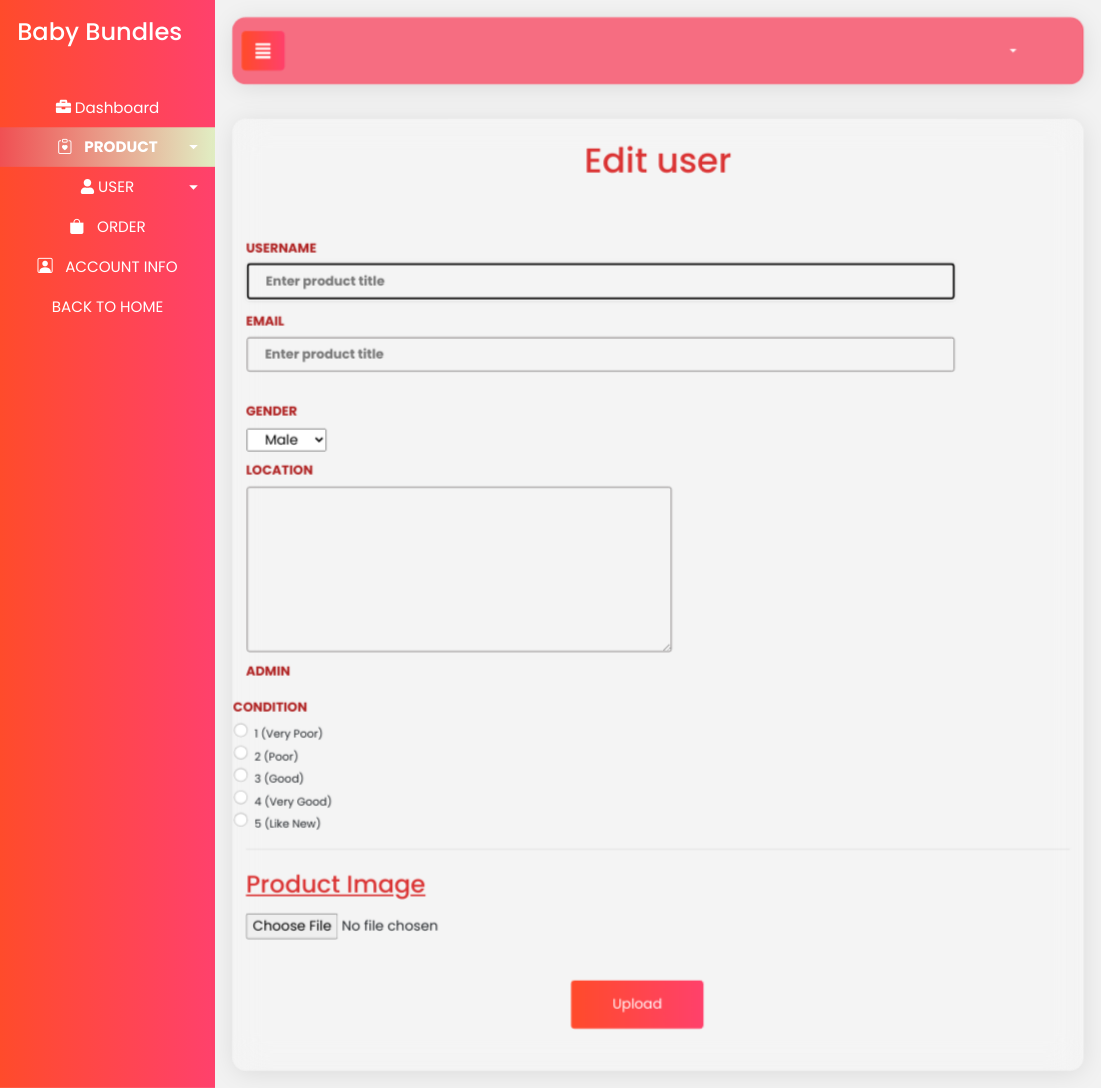
Repository: jiahow99/Baby-Bundles-University
Page: http://localhost/admin-edituser.php
These files come from the project's save history. The page is drawn as it stood at one moment and after the next save; the edit follows.
The browser window is 1280 px wide. The pictures show the whole page, at 86% of full size.
Some web libraries are served in a nearby version. The page is run by PHP 8.4 with error messages shown; the project is at /var/www/html/.

Above is the page before, as saved 2022-11-25 01:03:49.

After the next save:
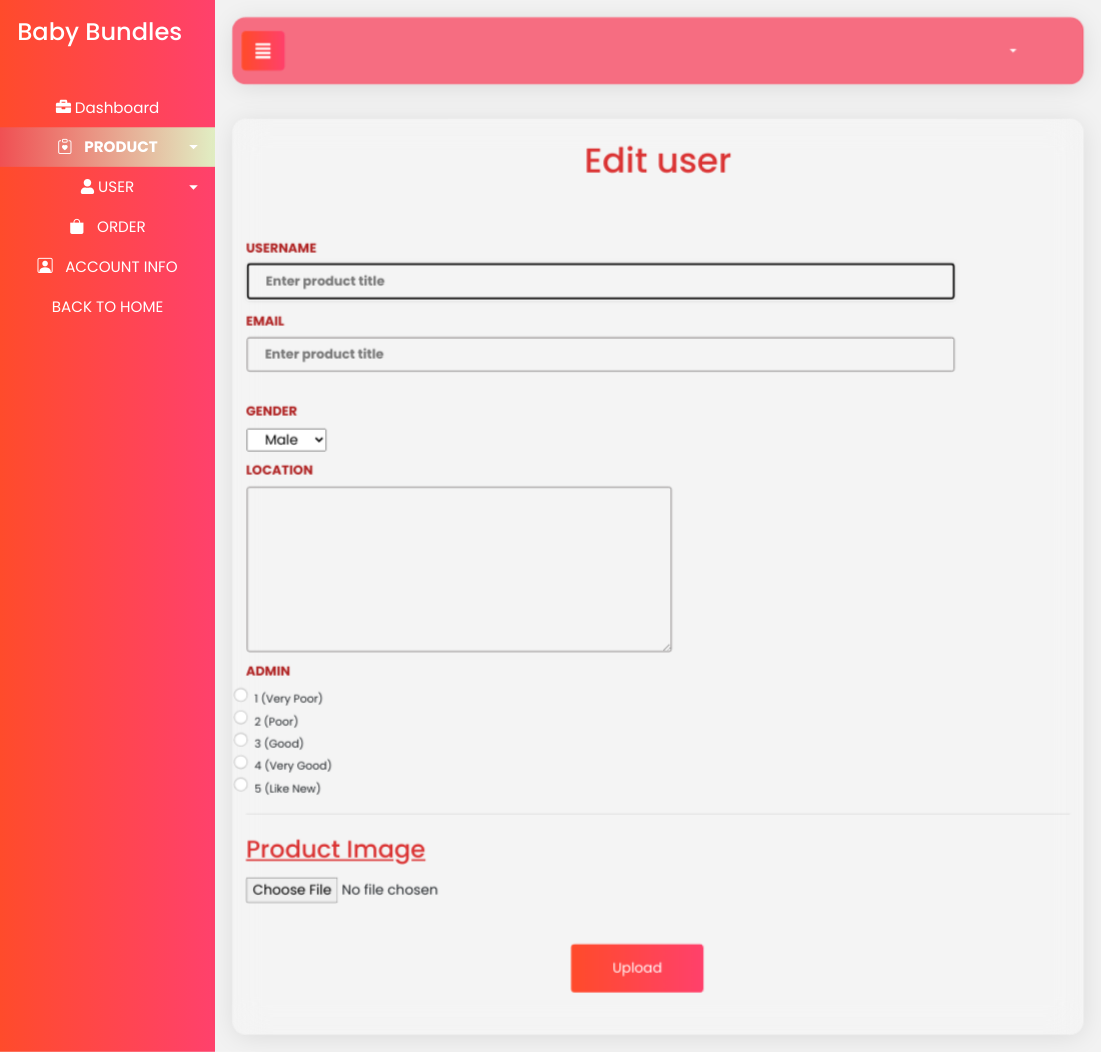
Saved 12 s later.
--- a/admin-edituser.php
+++ b/admin-edituser.php
@@ -69,8 +69,6 @@
                 <div class="row">
                     <label for="" class="name text-uppercase col-12">Admin</label>
                     <div class="row">
-                    <!-- Product Condition -->
-                    <label for="" class="name text-uppercase col-12">Condition</label>
                         <div class="value ml-3">
                             <div class="form-check form-check-inline">
                                 <input class="form-check-input" type="radio" name="condition" id="inlineRadio1" value="1">
